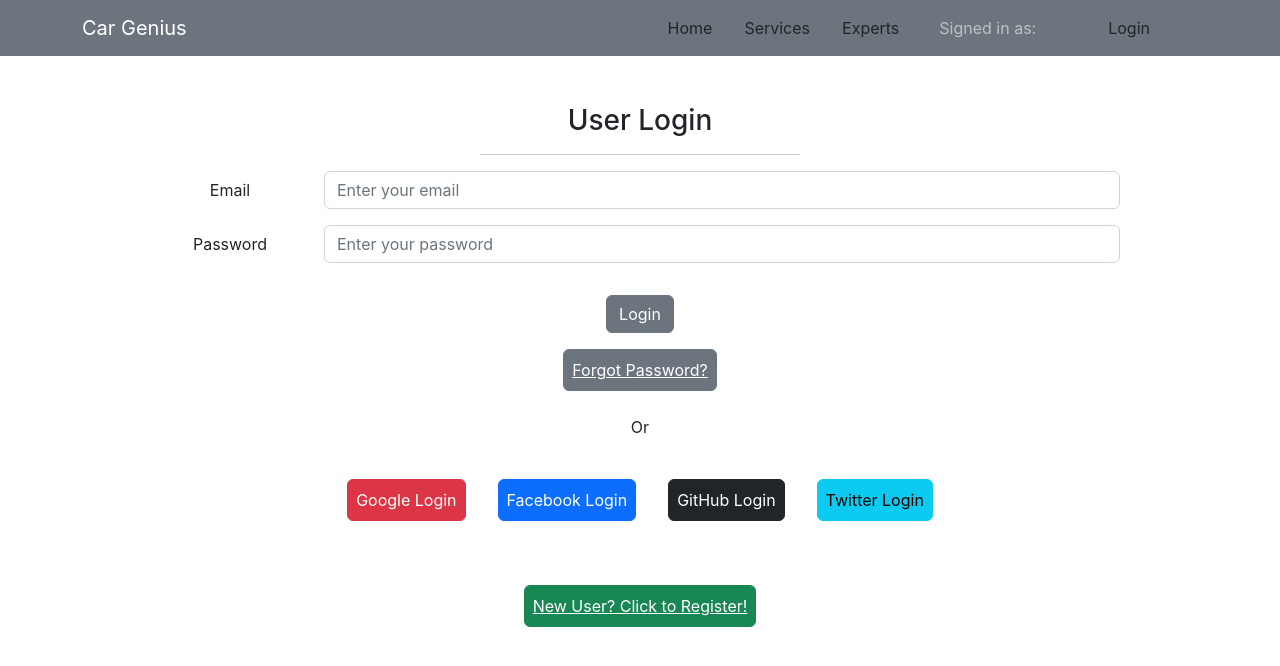
Repository: Sharif-00112/genius-car-service-client
Page: /booking/1
An editor plug-in stored every save of this project. The page is shown before and after the next save, followed by the edit.
The browser window is 1280 px wide. The pictures show the whole page.
The project was rebuilt for these pictures with package versions that can differ from the ones it lists, and the page was loaded fresh each time. Also part of the build but not shown: src/Pages/Home/Banner/Banner.js, src/Pages/Home/Expert/Expert.js, src/Pages/Home/Experts/Experts.js, src/Pages/Home/Service/Service.css, src/Pages/Home/Service/Service.js, src/Pages/Home/Services/Services.css, src/Pages/Home/Services/Services.js, src/Pages/Home/Home/Home.js and 3 more.

Above is the page before, as saved 2022-09-08 13:46:43.

After the next save:
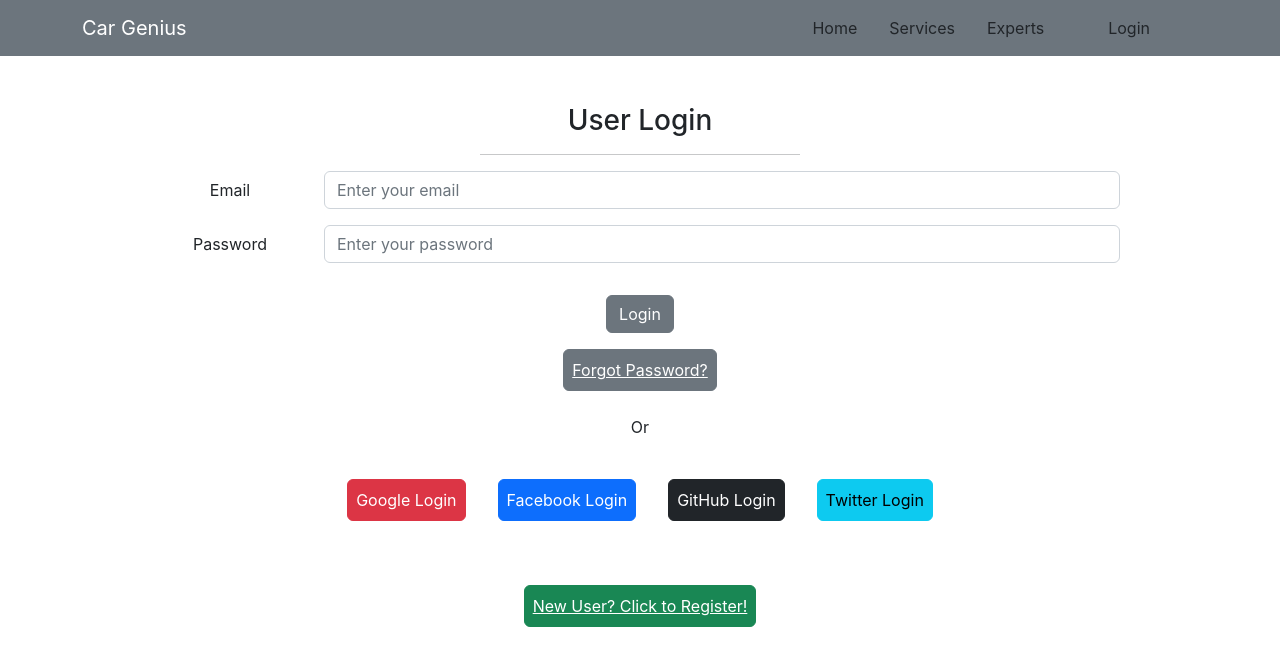
Saved 8 s later.
--- a/src/Pages/Shared/Header/Header.js
+++ b/src/Pages/Shared/Header/Header.js
@@ -20,9 +20,6 @@ const Header = () => {
                         <Nav.Link as={Link} to="/home#services" className='mx-3'>Services</Nav.Link>
                         <Nav.Link as={Link} to="/home#experts" className='mx-3'>Experts</Nav.Link>
 
-                        <Navbar.Text className='mx-4'>
-                            Signed in as: {user?.displayName}
-                        </Navbar.Text>
                         {user?.email ?
                             <div className="">
                                 <Navbar.Text className='mx-4'>
